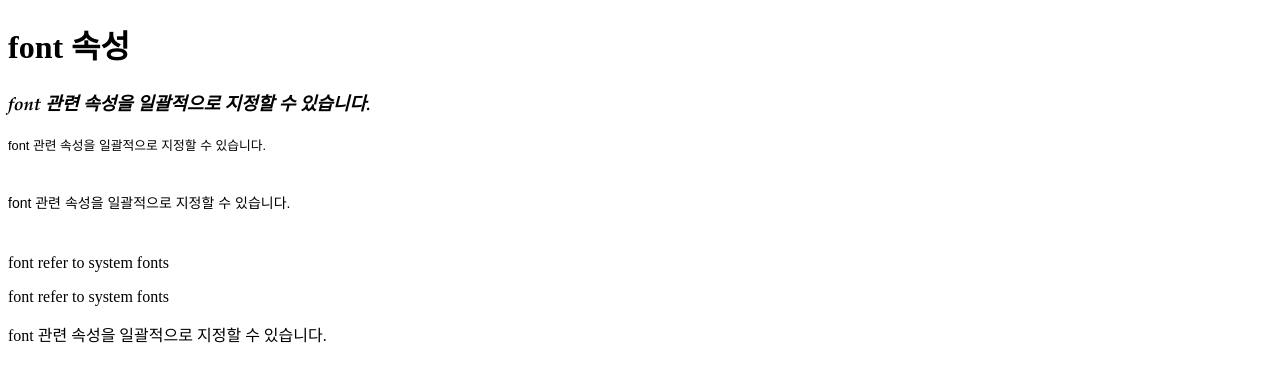
Repository: cussip/SuperHands
Page: WebExam/src/main/webapp/css/fonts/webfont/font.html
These files come from the project's save history. The page is drawn as it stood at one moment and after the next save; the edit follows.
The browser window is 1280 px wide. The pictures show the whole page.

Above is the page before, as saved 2022-01-30 02:30:28.

### WebExam/src/main/webapp/css/fonts/webfont/font.html
<!DOCTYPE html>
<html>
<head>
	<meta charset="UTF-8">
	<title>font.html</title>
	<style>
		.font01 { font: 12px/14px sans-serif; }
		.font02 { font: 80% sans-serif; }
		.font03 { font: 14px/500% "돋움", sans-serif; }
		.font01 { font: bold italic large palatino, sans-serif; }
	</style>
</head>
<body>
	<!--  폰트 관련 속성을 일괄적으로 지정하기 위한 대표 속성 -->
	<h1>font 속성</h1>
	<p class="font01">font 관련 속성을 일괄적으로 지정할 수 있습니다.</p>
	<p class="font02">font 관련 속성을 일괄적으로 지정할 수 있습니다.</p>
	<p class="font03">font 관련 속성을 일괄적으로 지정할 수 있습니다.</p>
	<p class="font04">font refer to system fonts</p>
	<p class="font05">font refer to system fonts</p>
	<p class="font06">font 관련 속성을 일괄적으로 지정할 수 있습니다.</p>
</body>
</html>

After the next save:
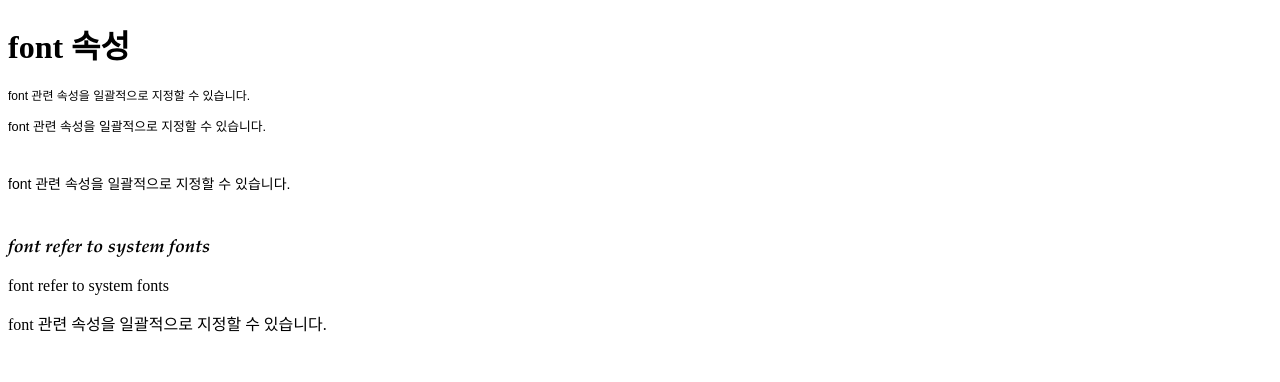
Saved 9 s later.
--- a/WebExam/src/main/webapp/css/fonts/webfont/font.html
+++ b/WebExam/src/main/webapp/css/fonts/webfont/font.html
@@ -7,7 +7,7 @@
 		.font01 { font: 12px/14px sans-serif; }
 		.font02 { font: 80% sans-serif; }
 		.font03 { font: 14px/500% "돋움", sans-serif; }
-		.font01 { font: bold italic large palatino, sans-serif; }
+		.font04 { font: bold italic large palatino, sans-serif; }
 	</style>
 </head>
 <body>
